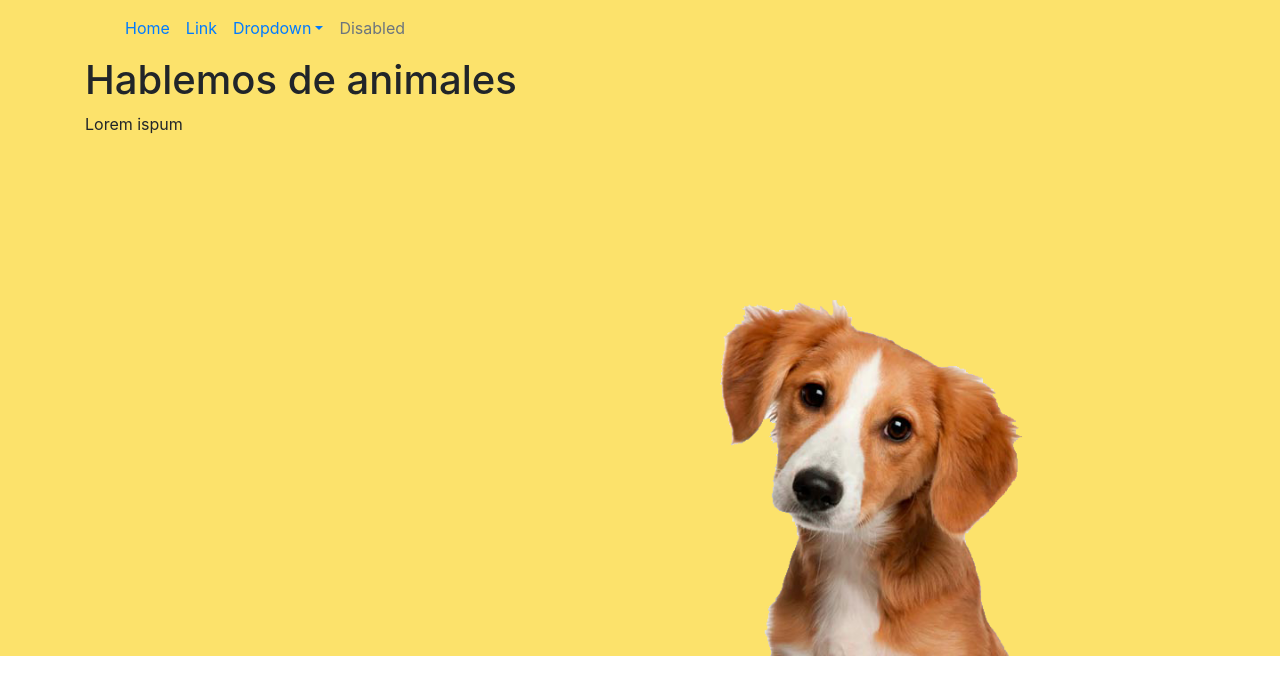
Repository: conceptorobledo/narices-react-website
Page: /
These files come from the project's save history. The page is drawn as it stood at one moment and after the next save; the edit follows.
The browser window is 1280 px wide. The pictures show the whole page.
The project was rebuilt for these pictures with package versions that can differ from the ones it lists, and the page was loaded fresh each time. Also part of the build but not shown: src/components/Navigation/Navbar.css. Imported but missing from the stored project, and not drawn on this page: src/components/Logo.

Above is the page before, as saved 2018-11-04 12:57:34.

### public/index.html
<!DOCTYPE html>
<html lang="en">

<head>
  <meta charset="utf-8">
  <meta name="viewport" content="width=device-width, initial-scale=1, shrink-to-fit=no">
  <meta name="theme-color" content="#000000">
  <!--
      manifest.json provides metadata used when your web app is added to the
      homescreen on Android. See https://developers.google.com/web/fundamentals/engage-and-retain/web-app-manifest/
    -->
  <link rel="manifest" href="%PUBLIC_URL%/manifest.json">
  <link rel="shortcut icon" href="%PUBLIC_URL%/favicon.ico">
  <!--
      Notice the use of %PUBLIC_URL% in the tags above.
      It will be replaced with the URL of the `public` folder during the build.
      Only files inside the `public` folder can be referenced from the HTML.

      Unlike "/favicon.ico" or "favicon.ico", "%PUBLIC_URL%/favicon.ico" will
      work correctly both with client-side routing and a non-root public URL.
      Learn how to configure a non-root public URL by running `npm run build`.
    -->
  <title>React App</title>
</head>

<body>
  <noscript>
    You need to enable JavaScript to run this app.
  </noscript>
  <div id="root"></div>
  <!--
      This HTML file is a template.
      If you open it directly in the browser, you will see an empty page.

      You can add webfonts, meta tags, or analytics to this file.
      The build step will place the bundled scripts into the <body> tag.

      To begin the development, run `npm start` or `yarn start`.
      To create a production bundle, use `npm run build` or `yarn build`.
    -->

  <script src="https://code.jquery.com/jquery-3.3.1.slim.min.js" integrity="sha384-q8i/X+965DzO0rT7abK41JStQIAqVgRVzpbzo5smXKp4YfRvH+8abtTE1Pi6jizo"
    crossorigin="anonymous"></script>
  <script src="https://cdnjs.cloudflare.com/ajax/libs/popper.js/1.14.3/umd/popper.min.js" integrity="sha384-ZMP7rVo3mIykV+2+9J3UJ46jBk0WLaUAdn689aCwoqbBJiSnjAK/l8WvCWPIPm49"
    crossorigin="anonymous"></script>
  <script src="https://stackpath.bootstrapcdn.com/bootstrap/4.1.3/js/bootstrap.min.js" integrity="sha384-ChfqqxuZUCnJSK3+MXmPNIyE6ZbWh2IMqE241rYiqJxyMiZ6OW/JmZQ5stwEULTy"
    crossorigin="anonymous"></script>

</body>

</html>

### src/App.js
import React, { Component } from 'react';
import Header from './components/Layout/Header';
import './App.css';
import 'bootstrap/dist/css/bootstrap.css'

class App extends Component {
  render() {
    return (
      <div className="App">
        <Header />
      </div>
    );
  }
}

export default App;

### src/components/Layout/Header.js
import React from 'react';
import Hero from './Hero';
import Navbar from '../Navigation/Navbar'

import './Header.css';

const header = () => {
    return (
        <header>
            <Navbar />
            <Hero />
        </header>
    );
};

export default header;

### src/components/Layout/Hero.js
import React from 'react';
import './Hero.css';

const hero = () => {
    return (
        <section id="Hero">
            <div className="container">
                <div className="row">
                    <div className="col left">
                        <div className="justify-content-center align-items-center">
                            <h1>Hablemos de animales</h1>
                            <p>Lorem ispum  </p>
                        </div>
                    </div>
                    <div className="col background-png h-100">
                    </div>
                </div>
            </div>
        </section>
    );
};

export default hero;

### src/components/Navigation/Navbar.js
import React from 'react';
import Logo from '../Logo';

import './Navbar.css'

const navbar = () => {
    return (
        <div className="container Navbar">
            <nav className="navbar navbar-expand-lg">
                <a className="navbar-brand order-md-0" href="#"></a>
                <button className="navbar-toggler" type="button" data-toggle="collapse" data-target="#navbarSupportedContent" aria-controls="navbarSupportedContent" aria-expanded="false" aria-label="Toggle navigation">
                    <span className="navbar-toggler-icon"></span>
                </button>

                <div className="collapse navbar-collapse" id="navbarSupportedContent">
                    <ul className="navbar-nav mr-auto">
                        <li className="nav-item active">
                            <a className="nav-link" href="#">Home <span className="sr-only">(current)</span></a>
                        </li>
                        <li className="nav-item">
                            <a className="nav-link" href="#">Link</a>
                        </li>
                        <li className="nav-item dropdown">
                            <a className="nav-link dropdown-toggle" href="#" id="navbarDropdown" role="button" data-toggle="dropdown" aria-haspopup="true" aria-expanded="false">
                                Dropdown
                    </a>
                            <div className="dropdown-menu" aria-labelledby="navbarDropdown">
                                <a className="dropdown-item" href="#">Action</a>
                                <a className="dropdown-item" href="#">Another action</a>
                                <div className="dropdown-divider"></div>
                                <a className="dropdown-item" href="#">Something else here</a>
                            </div>
                        </li>
                        <li className="nav-item">
                            <a className="nav-link disabled" href="#">Disabled</a>
                        </li>
                    </ul>
                </div>
            </nav>
        </div>
    );
};

export default navbar;

### src/components/Layout/Header.css
header {
    background-color:#FCE26B;
}

### src/components/Layout/Hero.css


section .container
.row {
    height: 600px;
}

.left {
    text-align:left;
}

.col.background-png {
    background: url("perro-mestizo.png") no-repeat 25% bottom;
    background-size: 60%;
}

Loaded but not shown: src/index.js (common file); src/index.css (common file); src/registerServiceWorker.js (common file); src/App.css (common file)

After the next save:
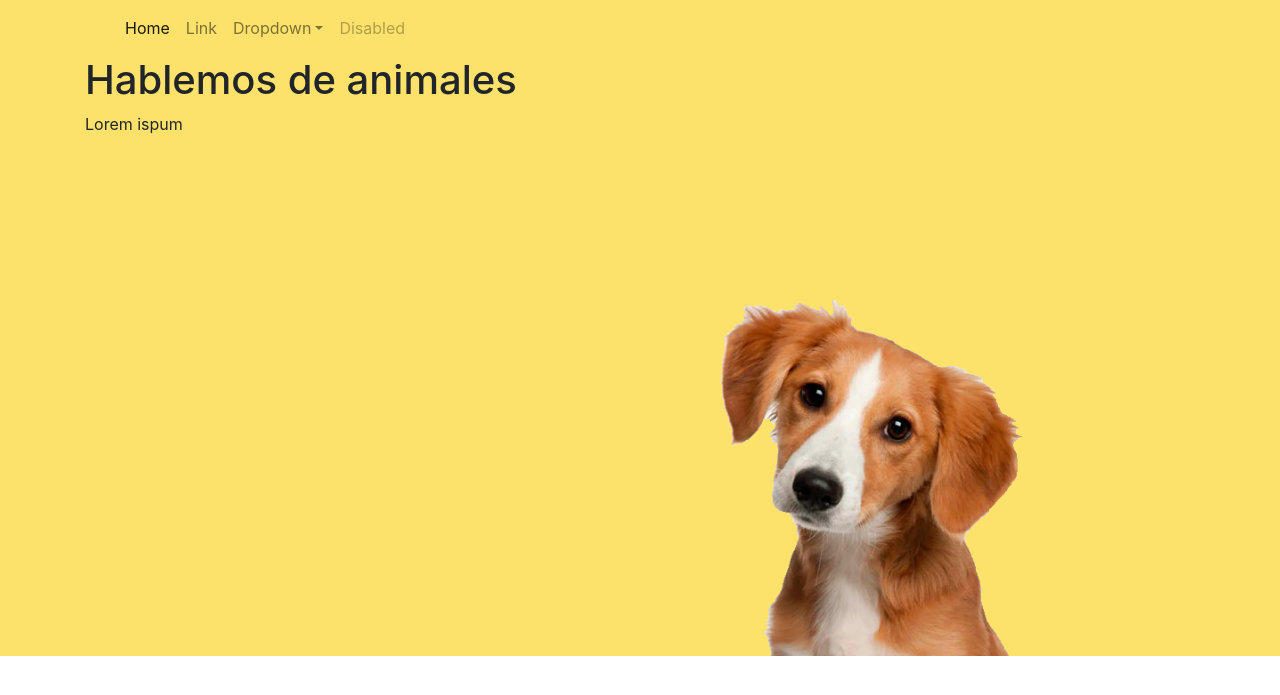
Saved 12 s later.
--- a/src/components/Navigation/Navbar.js
+++ b/src/components/Navigation/Navbar.js
@@ -6,7 +6,7 @@ import './Navbar.css'
 const navbar = () => {
     return (
         <div className="container Navbar">
-            <nav className="navbar navbar-expand-lg">
+            <nav className="navbar navbar-expand-lg navbar-light ">
                 <a className="navbar-brand order-md-0" href="#"></a>
                 <button className="navbar-toggler" type="button" data-toggle="collapse" data-target="#navbarSupportedContent" aria-controls="navbarSupportedContent" aria-expanded="false" aria-label="Toggle navigation">
                     <span className="navbar-toggler-icon"></span>
